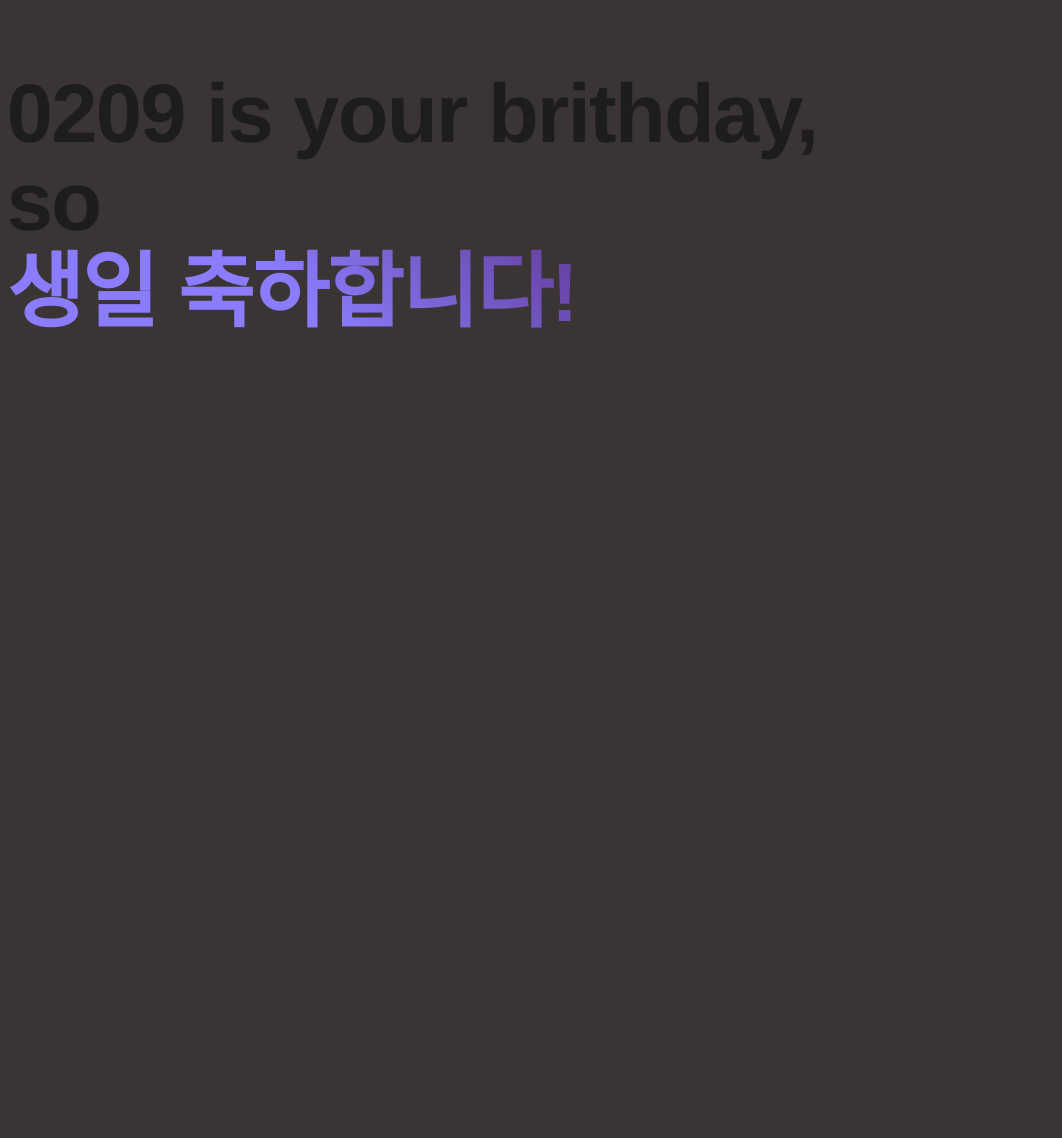
Repository: Caococos/02-09
Page: /
These files come from the project's save history. The page is drawn as it stood at one moment and after the next save; the edit follows.
The browser window is 1280 px wide. The pictures show the whole page, at 83% of full size.
The project was rebuilt for these pictures with package versions that can differ from the ones it lists, and the page was loaded fresh each time. Also part of the build but not shown: vue.config.js.

Above is the page before, as saved 2021-06-11 22:41:43.

### src/main.js
/*
 * @Descripttion:
 * @version: 1.0
 * @Author: Zhihaot1
 * @Date: 2021-06-11 21:03:51
 * @LastEditors: Zhihaot1
 * @LastEditTime: 2021-06-11 22:08:57
 */
import Vue from 'vue'
import App from './App.vue'
import router from './router'

Vue.config.productionTip = false
import "assets/css/index.css";
new Vue({
  router,
  render: h => h(App)
}).$mount('#app')

### src/App.vue
<!--
 * @Descripttion:
 * @version: 1.0
 * @Author: Zhihaot1
 * @Date: 2021-06-11 21:03:51
 * @LastEditors: Zhihaot1
 * @LastEditTime: 2021-06-11 21:30:25
-->
<template>
  <div id="app">
    <router-view />
  </div>
</template>

<style>
</style>

### src/router/index.js
/*
 * @Descripttion:
 * @version: 1.0
 * @Author: Zhihaot1
 * @Date: 2021-06-11 21:03:51
 * @LastEditors: Zhihaot1
 * @LastEditTime: 2021-06-11 21:34:08
 */
import Vue from 'vue'
import VueRouter from 'vue-router'
import Home from 'views/home/Home.vue'

Vue.use(VueRouter)

const routes = [
  {
    path: '',
    redirect: '/home'
  },
  {
    path: '/home',
    name: 'Home',
    component: Home
  },
  // {
  //   path: '/about',
  //   name: 'About',
  //   // route level code-splitting
  //   // this generates a separate chunk (about.[hash].js) for this route
  //   // which is lazy-loaded when the route is visited.
  //   component: () => import(/* webpackChunkName: "about" */ '../views/About.vue')
  // }
]

const router = new VueRouter({
  mode: 'history',
  base: process.env.BASE_URL,
  routes
})

export default router

### src/assets/css/index.css
:root {
  --offset: 6px;
}

body {
  height: 100vw;
  background-color: rgb(58, 52, 52);
}

### src/views/home/Home.vue
<template>
  <div class='home'>
    <font-swiper></font-swiper>
  </div>
</template>

<script>
import FontSwiper from 'views/home/childComps/FontSwiper';
export default {
  name: 'home',
  data() {
    return {

    }
  },
  components: {
    FontSwiper
  }
}
</script>

<style scoped>
</style>

### src/views/home/childComps/FontSwiper.vue
<!--
 * @Descripttion:
 * @version: 1.0
 * @Author: Zhihaot1
 * @Date: 2021-06-11 22:34:44
 * @LastEditors: Zhihaot1
 * @LastEditTime: 2021-06-11 22:35:27
-->
<template>
  <div class="font-swiper">
    <h2>0209 is your brithday, so
      <div class="mask">
        <span data-show>Happy birthday!</span>
        <span>С днем рождения!</span>
        <span>생일 축하합니다!</span>
        <span>誕生日おめでと!</span>
      </div>
    </h2>
  </div>
</template>

<script>

export default {
  name: 'FontSwiper',
  mounted() {
    this.move()
  },
  methods: {
    move() {
      setInterval(function () {
        const show = document.querySelector('span[data-show]')
        const next = show.nextElementSibling || document.querySelector('span:first-child')
        const up = document.querySelector('span[data-up]')

        if (up) {
          up.removeAttribute('data-up')
        }
        show.removeAttribute('data-show')
        show.setAttribute('data-up', '')

        next.setAttribute('data-show', '')
      }, 2000)
    }
  }
}
</script>
<style scoped>
h2 {
  width: 980px;
  font-size: 100px;
  font-family: Helvetica;
  line-height: 1.06;
  letter-spacing: -0.02em;
  color: #1d1d1f;
}

.mask {
  margin-top: var(--offset);
  height: 106px;
  position: relative;
  overflow: hidden;
}

.mask span {
  display: block;
  padding: var(--offset) 0;
  margin-top: 10px;
  box-sizing: border-box;
  position: absolute;
  top: 100px;

  background-size: 100% 100%;
  -webkit-background-clip: text;
  background-clip: text;
  -webkit-text-fill-color: transparent;
  background-repeat: no-repeat;
}

.mask span[data-show] {
  transform: translateY(-100%);
  transition: 0.5s transform ease-in-out;
}

.mask span[data-up] {
  transform: translateY(-200%);
  transition: 0.5s transform ease-in-out;
}

.mask span:nth-child(1) {
  background-image: linear-gradient(45deg, #0ecffe 50%, #07a6f1);
}

.mask span:nth-child(2) {
  background-image: linear-gradient(45deg, #18e198 50%, #0ec15d);
}

.mask span:nth-child(3) {
  background-image: linear-gradient(45deg, #8a7cfb 50%, #633e9c);
}

.mask span:nth-child(4) {
  background-image: linear-gradient(45deg, #fa7671 50%, #f45f7f);
}
</style>

Loaded but not shown: public/index.html (common file)

After the next save:
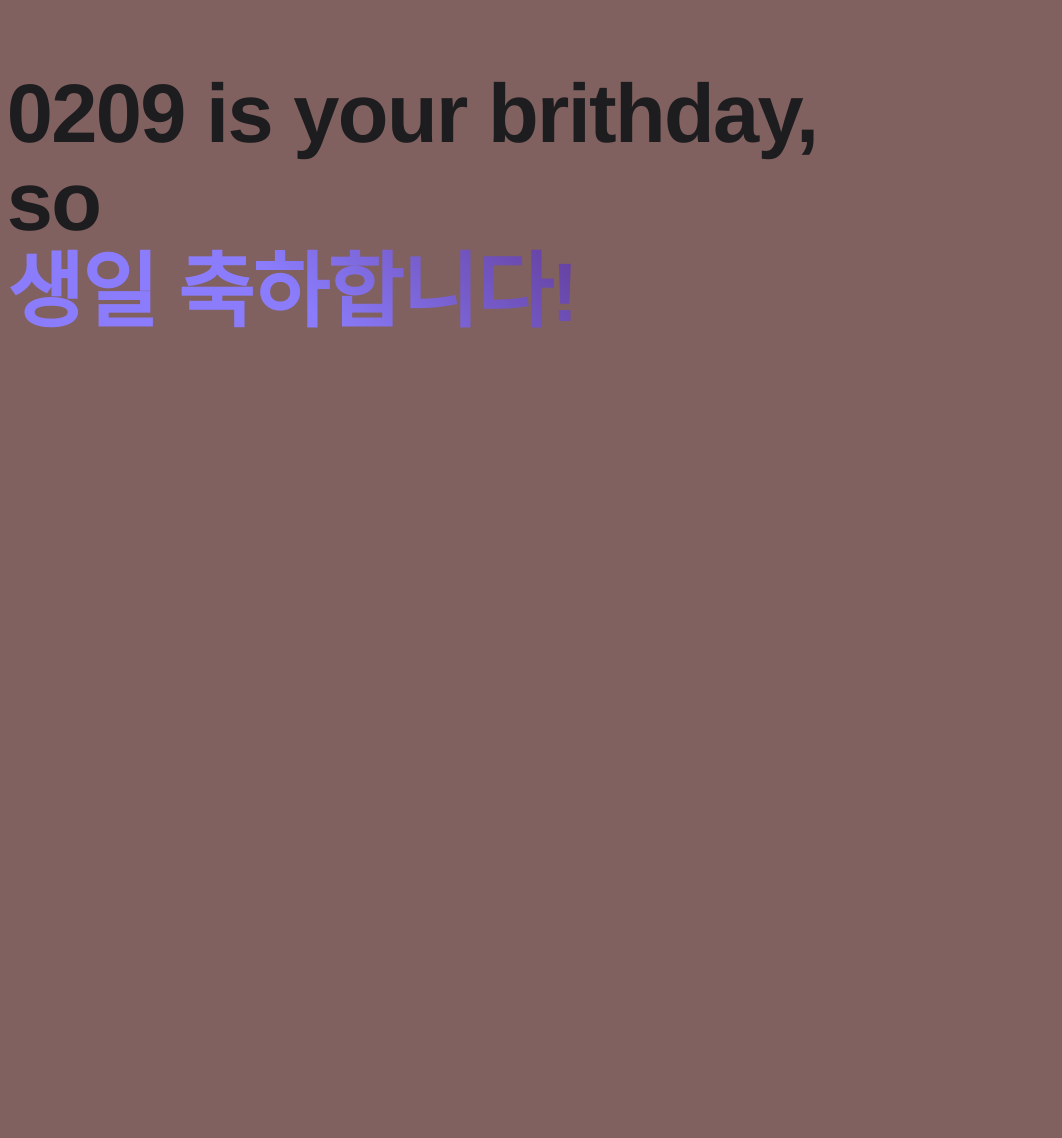
Saved 6 s later.
--- a/src/assets/css/index.css
+++ b/src/assets/css/index.css
@@ -4,5 +4,5 @@
 
 body {
   height: 100vw;
-  background-color: rgb(58, 52, 52);
+  background-color: rgb(129, 96, 96);
 }
